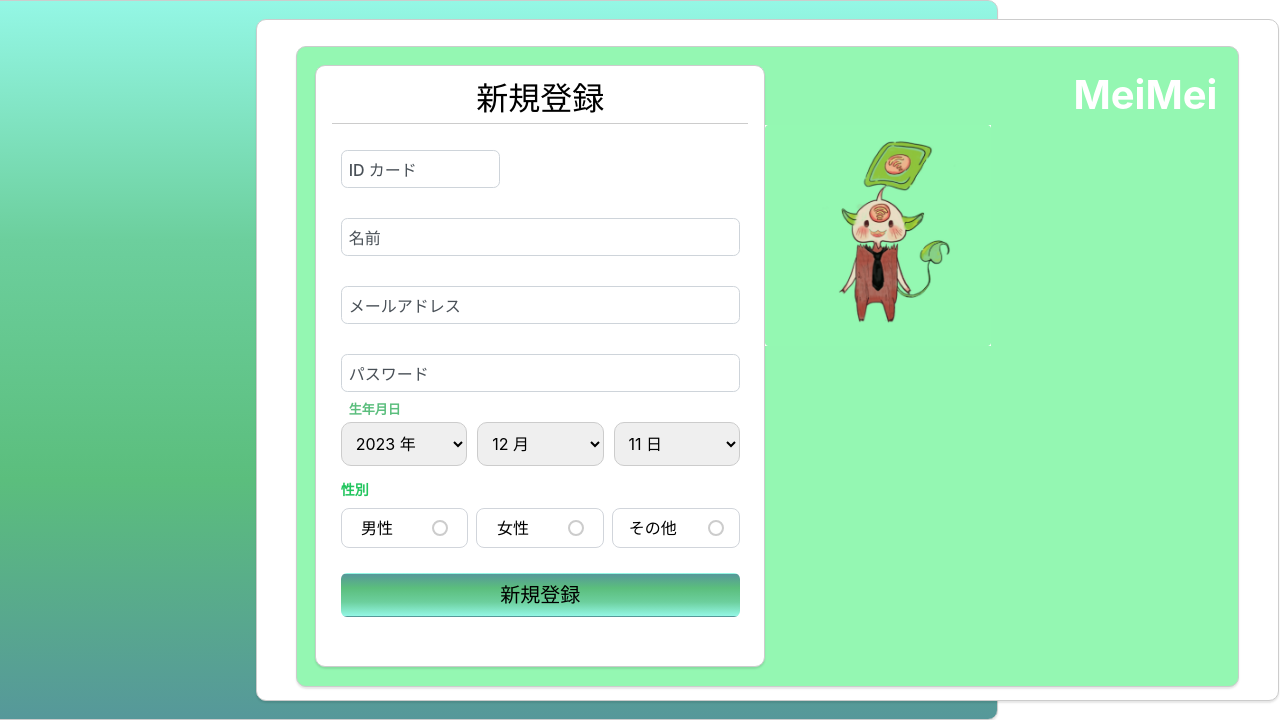
Repository: 3conangxindep/MeiMei
Page: /signUpPage (app in client/)
The author's editor kept a copy of each file at every save. The page is drawn from the files as they stood at one save, then again after the next save.
The browser window is 1280 px wide. The pictures show the whole page.
The project was rebuilt for these pictures with package versions that can differ from the ones it lists, and the page was loaded fresh each time. Also part of the build but not shown: client/src/App.css, client/src/components/LoginPage/LoginPage.jsx, client/src/components/HomePage/HeaderPage/ShowMenu.css, client/src/components/HomePage/HeaderPage/ShowMenu.jsx, client/src/components/HomePage/HeaderPage/NotifiCation.css, client/src/components/HomePage/HeaderPage/NotifiCation.jsx, client/src/components/HomePage/HeaderPage/Header.css, client/src/components/HomePage/HeaderPage/Header.jsx and 22 more.

Above is the page before, as saved 2023-12-16 05:09:22.

### client/src/index.css
@tailwind base;
@tailwind components;
@tailwind utilities;



body {
  margin: 0;
  font-family: -apple-system, BlinkMacSystemFont, 'Segoe UI', 'Roboto', 'Oxygen',
    'Ubuntu', 'Cantarell', 'Fira Sans', 'Droid Sans', 'Helvetica Neue',
    sans-serif;
  -webkit-font-smoothing: antialiased;
  -moz-osx-font-smoothing: grayscale;
}

code {
  font-family: source-code-pro, Menlo, Monaco, Consolas, 'Courier New',
    monospace;
}

### client/src/App.jsx
import React, { useState } from 'react';
import { BrowserRouter as Router, Route, Switch, useParams } from 'react-router-dom';
import './App.css';
import { AuthProvider } from './components/AuthContext';
import { SelectedOptionsProvider } from './components/SelectedOptionsContext';
import LoginPage from './components/LoginPage/LoginPage';
import SignUpPage from './components/SignUpPage/SignUpPage';
import Main from './components/HomePage/Main';

function App() {

  return (
    <AuthProvider>
    <SelectedOptionsProvider>
      <Router>
        <Switch>
          <Route path={`/main/:contact_id`} component={Main} />
          <Route path="/signUpPage" component={SignUpPage} />
          <Route component={LoginPage} />

        </Switch>
      </Router>
      </SelectedOptionsProvider>
    </AuthProvider>
  );
}


export default App;

### client/src/components/AuthContext.jsx
import React, { createContext, useContext, useState } from 'react';

const AuthContext = createContext();

export const useAuth = () => {
  return useContext(AuthContext);
};

export const AuthProvider = ({ children }) => {
  const [isLoggedIn, setIsLoggedIn] = useState(false);

  const login = () => {
    setIsLoggedIn(true);
  };

  const logout = () => {
    setIsLoggedIn(false);
  };

  const value = {
    isLoggedIn,
    login,
    logout,
  };

  return <AuthContext.Provider value={value}>{children}</AuthContext.Provider>;
};

### client/src/components/SelectedOptionsContext.jsx
import React, { createContext, useContext, useState } from 'react';

const SelectedOptionsContext = createContext();

export const SelectedOptionsProvider = ({ children }) => {
  const [selectedOptions, setSelectedOptions] = useState([]);
  const [inputValue, setInputValue] = useState('');

  return (
    <SelectedOptionsContext.Provider value={{ selectedOptions, setSelectedOptions, inputValue, setInputValue }}>
      {children}
    </SelectedOptionsContext.Provider>
  );
};

export const useSelectedOptions = () => {
  return useContext(SelectedOptionsContext);
};

### client/src/components/LoginPage/LoginPage.css
.Container{
  position: absolute;
  right: 22%;
  width: 100%;
  height: 100vh;
  display: flex;
  justify-content: right;
  align-items: center;
  background-image: linear-gradient(#94F7E5,#6CCF9D,#5BBE7D,#56989A);
  border: 1px solid #ccc;
  box-shadow: 0 2px 2px rgba(0,0,0,0.1);
  border-radius: 10px;
}
.image{
  z-index: 2;
}
.image img{
  width: 50%;
}
.LoginForm .FormGroup {
  margin-bottom: 10px;
  display: flex;
  flex-direction: column;
  position: relative;
}
.Label {
  position: absolute;
  left: 0rem;
  top: 0.75rem;
  transition: transform 0.3s, font-size 0.3s;
  display: block;
  font-weight: 500;
  padding-left: 4%;

}
.FormInput:focus + .Label, .FormInput:valid + .Label {
  transform: translateY(-2rem);
  padding-left: 0%;
  color: #5BBE7D;
  font-size: small;
  font-weight: bold;
}
/* .Border-me{
  position: relative;
  justify-content: right;
  k co gì
  background-image: linear-gradient(to top, #94f7e5, #85edd3, #77e2c1, #6cd8ad, #63cd99, #5bc595, #52be90, #4ab68c, #44af94, #45a899, #4ca09b, #56989a);
  width: 100%;
  height: 100%;
  max-width: 100%;
  background-size: 70% 100%;
  border: 1px solid #ccc;
  box-shadow: 0 2px 2px rgba(0,0,0,0.1);
  border-radius: 10px;
  } */

.Border-con{
  display: flex;
  background-color: #94F7B2;
  /* background-image: linear-gradient(to top, #94f7e5, #85edd3, #77e2c1, #6cd8ad, #63cd99, #5bc595, #52be90, #4ab68c, #44af94, #45a899, #4ca09b, #56989a); */
  width: 100%;
  max-height: auto;
  max-width: 100%;
  padding:3%;
  border: 1px solid #ccc;
  box-shadow: 0 2px 2px rgba(0,0,0,0.1);
  border-radius: 10px;
  z-index: 1;
}
.Border{
  display: flex;
  justify-content: right;
  position: absolute;
  right: -21.5%;
  background-color: white;
  width: 75%;
  height: 85%;
  max-height: 90%;
  max-width: 100%;
  padding:3% 5%;
  border: 1px solid #ccc;
  box-shadow: 0 2px 2px rgba(0,0,0,0.1);
  border-radius: 10px;
}
.FormGroup{
  padding-bottom: 5%;
}
.LoginBorder{
    background-color: white;
    width: 90%;
    max-height: 100%;
    max-width: 90%;
    max-width: 450px;
    padding: 15px;
    border: 1px solid #ccc;
    box-shadow: 0 2px 2px rgba(0,0,0,0.1);
    border-radius: 10px;
}
.Appname{
  width: 50%;
  text-align: right;
  font-size: 2.5rem;
  font-weight: 700;
  color: white;
}
.LoginForm{
    width: 100%;
    /* margin-bottom: 25px; */
}
.FormHeader{
    width: 100%;
    text-align: center;
    font-size: 2rem;
    border-bottom: 1px solid #ccc;
    padding-bottom: 5px;
}
.LoginForm .FormInput {
    width: 100%;
    padding: 0.5rem 0.75rem;
    font-size: 1rem;
    line-height: 2;
    color: #495057;
    background-color: #fff;
    background-clip: padding-box;
    border: 1px solid #ced4da;
    border-radius: 0.4rem;
    transition: border-color 0.15s ease-in-out, box-shadow 0.15s ease-in-out;
  }
.FormInput:hover,
.FormInput:focus {
border-color: #ffffff;
outline: 0;
box-shadow: 0 0 0 0.2rem rgba(0, 123, 255, 0.25);
}
.FormError {
    color: #dc3545;
    font-size: 12px;
  }

  .LoginButton{
    display: block;
    width: 100%;
    padding: 0.4rem 0.75rem;
    font-size: 1rem;
    font-weight: bold;
    text-align: center;
    white-space: nowrap;
    vertical-align: middle;
    cursor: pointer;
    border: 1px solid transparent;
    /* border-radius: 0.25rem; */
    color: #fff;
    background-color: #007bff;
    transition: color 0.15s ease-in-out, background-color 0.15s ease-in-out,
    border-color 0.15s ease-in-out, box-shadow 0.15s ease-in-out;
  }

  .LoginButton:hover {
    color: #fff;
    background-color: #0056b3;
    border-color: #0056b3;
  }
  .CreateButton{
    width: 100%;
    padding: 0.6rem 0.75rem;
    font-size: 1rem;
    font-weight: bold;
    text-align: center;
    white-space: nowrap;
    vertical-align: middle;
    cursor: pointer;
    border: 1px solid transparent;
    /* border-radius: 0.25rem; */
    /* color: #212020; */
    background-image: linear-gradient(to top,#94F7E5,#6CCF9D,#5BBE7D,#56989A);
    transition: color 0.15s ease-in-out, background-color 0.15s ease-in-out,
    border-color 0.15s ease-in-out, box-shadow 0.15s ease-in-out;
  }
  .CreateButton:hover {
    color: #fff;
    background-image: linear-gradient(to top,#94F7E5,#265f55);

    border-color: #68dd7b;
  }
  a{
    font: weight 20px ;
    color: #161716;
    text-decoration: none;
  }
  .ErrorMessage {
    color: red;
    margin-top: 5px;
  }

  .status-container {
    display: flex;
    align-items: center;
    padding-top: 4rem;
  }

  .loading-icon {
    width: 8rem;
    height: 8rem;
    margin-right: 2rem;
    fill: #718096; /* Màu xám */
    animation: spin 2s linear infinite;
  }

  @keyframes spin {
    from {
      transform: rotate(0deg);
    }
    to {
      transform: rotate(360deg);
    }
  }

  .loading-text {
    font-size: 1.5rem;
    font-weight: bold;
    color: #718096; /* Màu xám */
  }

  .sr-only {
    position: absolute;
    width: 1px;
    height: 1px;
    padding: 0;
    margin: -1px;
    overflow: hidden;
    clip: rect(0, 0, 0, 0);
    white-space: nowrap;
    border-width: 0;
  }

### client/src/components/SignUpPage/SetTimes.jsx
import React, { useState } from 'react';
import './SetTimes.css';

const SetTimes = ({ setCurrentMonth, setCurrentDay, setCurrentYear }) => {
  const [currentMonth, setCurrentMonthLocal] = useState(new Date().getMonth() + 1);
  const [currentDay, setCurrentDayLocal] = useState(new Date().getDate());
  const [currentYear, setCurrentYearLocal] = useState(new Date().getFullYear());

  const months = Array.from({ length: 12 }, (_, index) => `${index + 1} 月`);
  const days = Array.from({ length: 31 }, (_, index) => `${index + 1} 日`);
  const years = Array.from({ length: 61 }, (_, index) => `${1970 + index} 年`);

  const handleDateChange = () => {
    if (currentMonth && currentDay && currentYear) {
      setCurrentMonth(parseInt(currentMonth));
      setCurrentDay(parseInt(currentDay));
      setCurrentYear(parseInt(currentYear));
    }
  };

  return (
    <div className="SetTimeContainer">
      <label className='timeLabel'>生年月日</label>
      <div className='Row'>
        <div>
          <select className="content" value={currentYear} onChange={(e) => setCurrentYearLocal(e.target.value)}>
            {years.map((year, index) => (
              <option key={index} value={1970 + index}>{year}</option>
            ))}
          </select>
        </div>
        <div>
          <select className="content" value={currentMonth} onChange={(e) => setCurrentMonthLocal(e.target.value)}>
            {months.map((month, index) => (
              <option key={index} value={index + 1}>{month}</option>
            ))}
          </select>
        </div>
        <div>
          <select className="content" value={currentDay} onChange={(e) => setCurrentDayLocal(e.target.value)}>
            {days.map((day, index) => (
              <option key={index} value={index + 1}>{day}</option>
            ))}
          </select>
        </div>
        {handleDateChange()}
      </div>
    </div>
  );
};

export default SetTimes;

### client/src/components/SignUpPage/GenderTheme.jsx
import React, { useState } from 'react';
import './GenderTheme.css'; // Đảm bảo đã import file CSS cho GenderTheme

const GenderTheme = ({selectedOption,setSelectedOption}) => {

  const [male, setMale] = useState('male');
  const [female, setFemale] = useState('female');
  const [other, setOther] = useState('other');

  return (
    <div className="w-full h-full flex flex-col">
      <label className='font-bold text-green-500 text-sm py-2'>性別</label>
      <div className='w-full h-full grid grid-cols-3 gap-2'>
        <div className='w-full h-10 flex justify-around items-center col-span-1 border-solid border border-gray-300 rounded-lg'>
          <label>男性</label>
          <input
            className='GenderInput w-4 h-4'
            type="radio"
            value={male}
            checked={selectedOption === male}
            onChange={() => setSelectedOption(male)} // Sửa giá trị ở đây
          />
        </div>
        <div className='w-full h-10 flex justify-around items-center col-span-1 border-solid border border-gray-300 rounded-lg'>
          <label>女性</label>
          <input
            className='GenderInput w-4 h-4'
            type="radio"
            value={female}
            checked={selectedOption === female}
            onChange={() => setSelectedOption(female)} // Sửa giá trị ở đây
          />
        </div>
        <div className='w-full h-10 flex justify-around items-center col-span-1 border-solid border border-gray-300 rounded-lg'>
          <label>その他</label>
          <input
            className='GenderInput w-4 h-4'
            type="radio"
            value={other}
            checked={selectedOption === other}
            onChange={() => setSelectedOption(other)} // Sửa giá trị ở đây
          />
        </div>
      </div>
    </div>
  );
};

export default GenderTheme;

### client/src/components/SignUpPage/SignUpPage.css
*{
    box-sizing: border-box;
}
.border-bg{
  position: absolute;
  right: 22%;
  width: 100%;
  height: 100vh;
  display: flex;
  justify-content: right;
  align-items: center;
  background-image: linear-gradient(#94F7E5,#6CCF9D,#5BBE7D,#56989A);
  border: 1px solid #ccc;
  box-shadow: 0 2px 2px rgba(0,0,0,0.1);
  border-radius: 10px;
}
.signup-bg{
  display: flex;
  justify-content: center;
  position: absolute;
  right: -22%;
  background-color: white;
  width: 80%;
  height: 95%;
  max-height: auto;
  max-width: 100%;
  padding:2% 3%;
  border: 1px solid #ccc;
  box-shadow: 0 2px 2px rgba(0,0,0,0.1);
  border-radius: 10px;
}
.Container-signUp{
  display: flex;
  background-color: #94F7B2;
  /* background-image: linear-gradient(to top, #94f7e5, #85edd3, #77e2c1, #6cd8ad, #63cd99, #5bc595, #52be90, #4ab68c, #44af94, #45a899, #4ca09b, #56989a); */
  width: 100%;
  height: 102%;
  max-height: auto;
  max-width: 100%;
  padding:2%;
  border: 1px solid #ccc;
  box-shadow: 0 2px 2px rgba(0,0,0,0.1);
  border-radius: 10px;
  z-index: 1;
}
.SignUpBorder {
  background-color: white;
  width: 90%;
  /* height: 100%; */
  max-width: 100%;
  max-width: 450px;
  padding: 0 1rem;
  border: 1px solid #ccc;
  box-shadow: 0 2px 2px rgba(0,0,0,0.1);
  border-radius: 10px;
}
.SignUp{
  margin: 0;
  padding-top:2%;
  width: 100%;
  text-align: center;
  font-size: 2rem;
  border-bottom: 1px solid #ccc;
}
.SignUpForm{
  padding: 1rem 2%;
  margin-bottom: -10px;
}
.FormGroup {
    width: 100%;
    display: flex;
    flex-direction: column;
    margin-top: 10px;
  }
.Label-sign{
    position: absolute;
    font-weight: 500;
    margin:0.5rem;
    color: #495057;
    transition: transform 0.3s, font-size 0.3s;
}
.FormInput {
    width: 100%;
    padding: 0.375rem 0.75rem;
    font-size: 1rem;
    line-height: 1.5;
    color: #495057;
    background-color: #fff;
    background-clip: padding-box;
    border: 1px solid #ced4da;
    border-radius: 0.4rem;
    transition: border-color 0.15s ease-in-out, box-shadow 0.15s ease-in-out;
}
.FormInput:focus + .Label-sign, .FormInput:valid + .Label-sign {
  transform: translateY(-1.7rem);
  /* margin-left: 0%; */
  /* color: #000000; */
  color: #5BBE7D;
  font-size: small;
  font-weight: bold;
}
.FormInput:hover,
.FormInput:focus {
  border-color: #80bdff;
  outline: 0;
  box-shadow: 0 0 0 0.2rem rgba(0, 123, 255, 0.25);
}
.FormError {
  color: #dc3545;
  font-size: 12px;
}

.FormButton {
  display: block;
  width: 100%;
  padding: 0.375rem 0.75rem;
  margin-top: 25px;
  font-size: 1.25rem;
  font-weight: 550;
  text-align: center;
  white-space: nowrap;
  vertical-align: middle;
  cursor: pointer;
  border: 1px solid transparent;
  border-radius: 6px;
  color: #000000;
  background-image: linear-gradient(to top,#94F7E5,#6CCF9D,#5BBE7D,#56989A);
  transition: color 0.15s ease-in-out, background-color 0.15s ease-in-out,
    border-color 0.15s ease-in-out, box-shadow 0.15s ease-in-out;
    margin-bottom: -5px;
}
.settime{
  margin-top: -3%;
}
.FormButton:hover {
  color: #fff;
  background-image: linear-gradient(to top,#62b1a2,#265f55);
  border-color: #68dd7b;
}
a{
    color: #161716;
  font-size: 14px;
  float: right;
  text-decoration: none;
}

### client/src/components/SignUpPage/SetTimes.css
.SetTimeContainer{
    width: 100%;
    max-height: 150px;
    /* border: 1px solid #fff; */
    margin-bottom: 0.375rem;
    display: flex;
    flex-direction: column;
}
.Row{
    display: grid;
    grid-template-columns: 1fr 1fr 1fr;
    gap: 10px;
}
.timeLabel{
    display: block;
    font-weight: bold;
    margin-bottom: 3px;
    color: #5BBE7D;
    font-size: small;
    margin-left: 8px;
}
.content{
    width: 100%;
    border: 1px solid #ccc;
    padding: 10px;
    border-radius: 10px;
    transition: border-color 0.15s ease-in-out, box-shadow 0.15s ease-in-out;
}
.content:hover,
.content:focus {
border-color: #80bdff;
outline: 0;
box-shadow: 0 0 0 0.2rem rgba(0, 123, 255, 0.25);
}

### client/src/components/SignUpPage/GenderTheme.css
.GenderContainer{
  width: 100%;
  max-height: 150px;
  display: flex;
  flex-direction: column;
  border: 1px solid #fff;
}
.Row{
    display: grid;
    grid-template-columns: 1fr 1fr 1fr;
    gap: 10px;
}
.GenderLabel{
    display: block;
    font-weight: bold;
    margin-bottom: 3px;
    color: #5BBE7D;
    font-size: small;
    margin-left: 8px;
}
/* GenderTheme.css */
.GenderOption {
    padding: 0px;
    display: grid;
    grid-template-columns: 1fr 1fr;
    border: 1px solid #ccc;
    border-radius: 6px;
  }

  .GenderOption label{
    display: flex;
    align-items: center;
    margin-left: 5px;
    font-size: 14px;
  }
  .GenderInput {
    top:10px;
    appearance: none;
    /* width: 16px;
    height: 16px; */
    border: 2px solid #ccc;
    border-radius: 50%;
    background-color: white;
    transition: border-color 0.15s ease-in-out;
    cursor: pointer;
    /* margin-left: 20px; */
  }

  .GenderInput:checked::before {
    content: "";
    position: absolute;
    width: 100%;
    height: 100%;
    border-radius: 50%;
  }
  .GenderInput:hover {
    border-color: #56989A;
    background-color: #5BBE7D;
  }

  .GenderInput:focus {
    border-color: #56989A;
    box-shadow: 0 0 0 0.2rem rgba(0, 255, 123, 0.25);
    background-color: #5BBE7D;
  }

Loaded but not shown: client/public/index.html (common file); client/src/index.js (common file); client/src/reportWebVitals.js (common file); client/tailwind.config.js (common file); client/src/apiConfig.js (4 lines, source omitted); client/src/components/SignUpPage/SignUpPage.jsx (207 lines, source omitted)

After the next save:
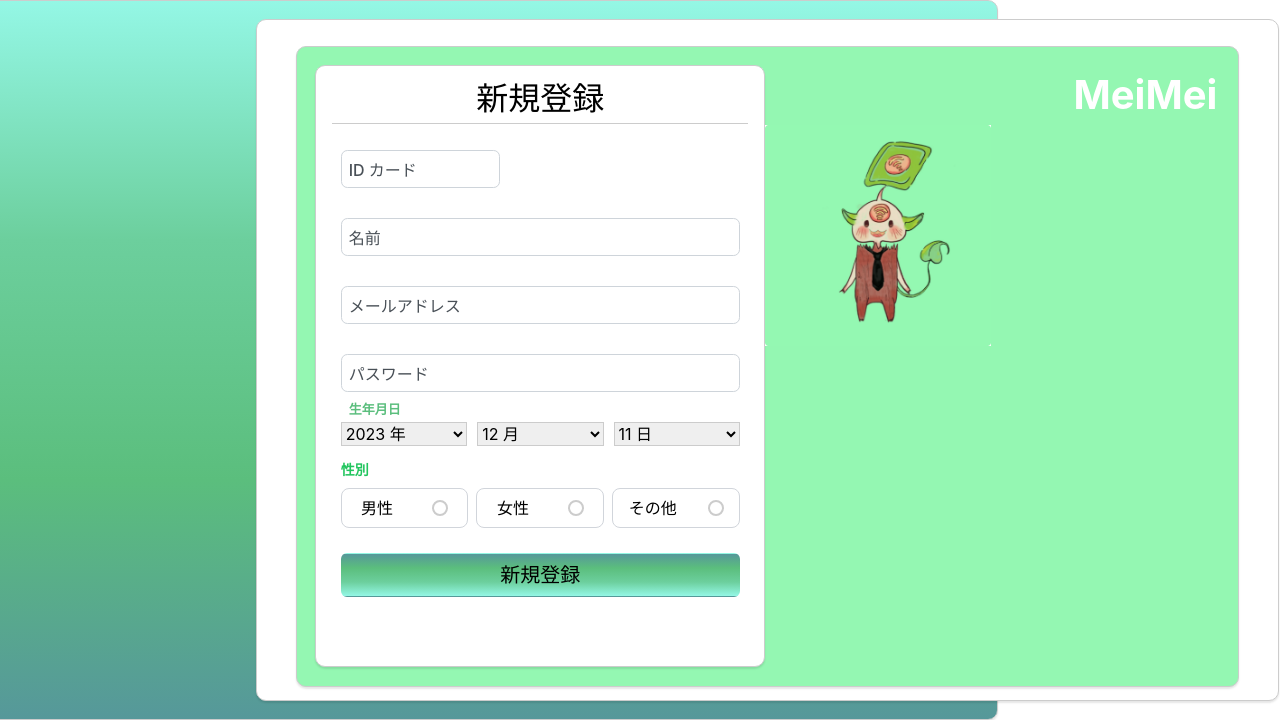
Saved 10 s later.
--- a/client/src/components/SignUpPage/SetTimes.css
+++ b/client/src/components/SignUpPage/SetTimes.css
@@ -22,13 +22,14 @@
 .content{
     width: 100%;
     border: 1px solid #ccc;
-    padding: 10px;
-    border-radius: 10px;
+    cursor: pointer;
+    /* padding: 10px;
+    border-radius: 10px; */
     transition: border-color 0.15s ease-in-out, box-shadow 0.15s ease-in-out;
 }
 .content:hover,
 .content:focus {
-border-color: #80bdff;
+border-color: #80ffb1;
 outline: 0;
-box-shadow: 0 0 0 0.2rem rgba(0, 123, 255, 0.25);
+box-shadow: 0 0 0 0.2rem rgba(0, 255, 123, 0.25);
 }
